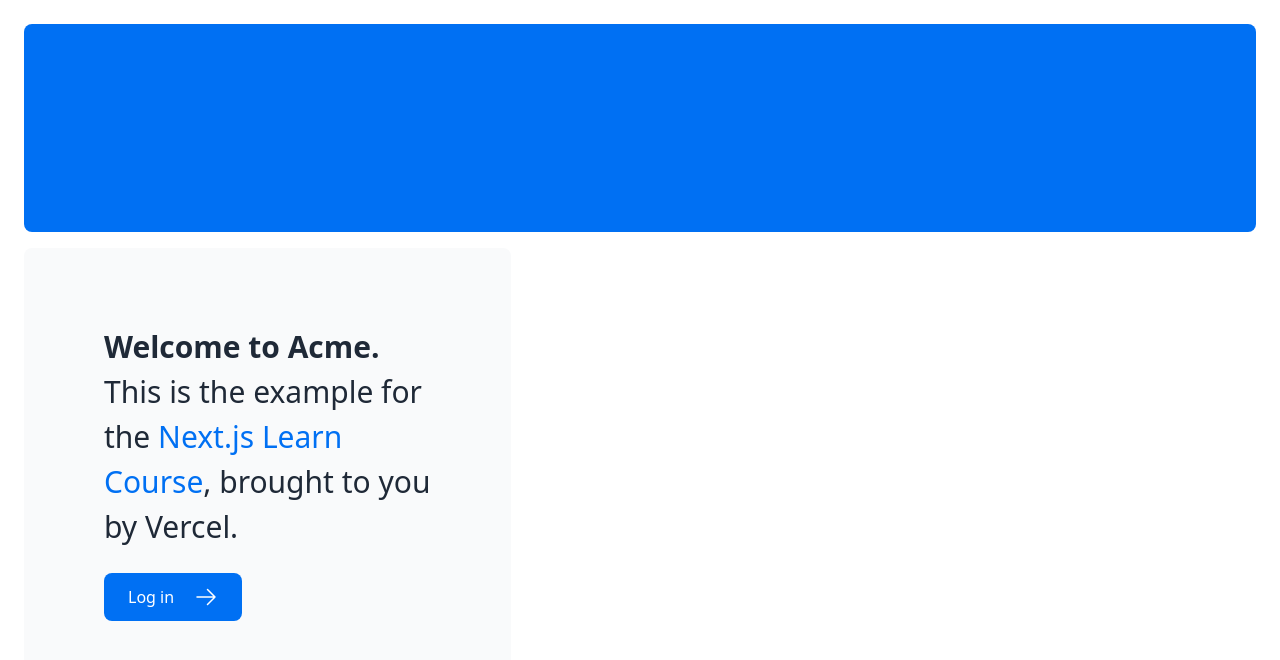
Repository: lokinell/nextjs-dashboard
Page: /
These files come from the project's save history. The page is drawn as it stood at one moment and after the next save; the edit follows.
The browser window is 1280 px wide. The pictures show the whole page.
The project was rebuilt for these pictures with package versions that can differ from the ones it lists, and the page was loaded fresh each time. The framework's server and built-in components were replaced by stand-ins that run in the browser. Also part of the build but not shown: next.config.js.

Above is the page before, as saved 2024-03-11 23:34:09.

After the next save:
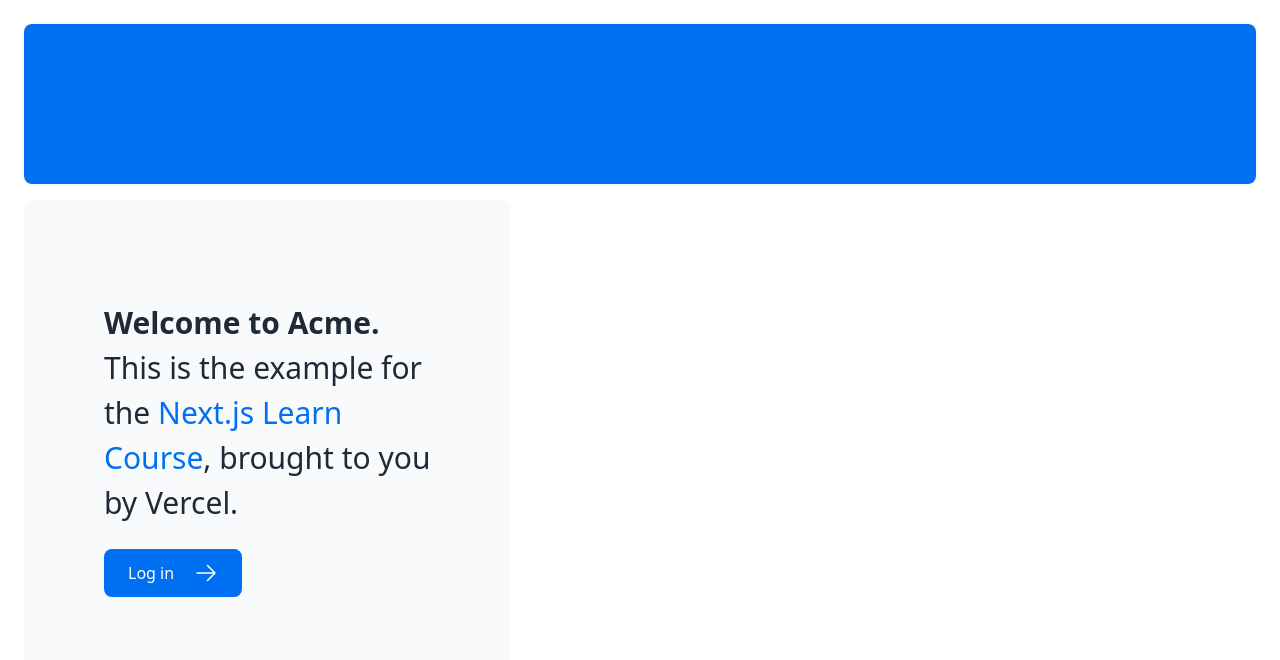
Saved 28 s later.
--- a/app/page.tsx
+++ b/app/page.tsx
@@ -5,7 +5,7 @@
 export default function Page() {
   return (
     <main className="flex min-h-screen flex-col p-6">
-      <div className="flex h-20 shrink-0 items-end rounded-lg bg-blue-500 md:h-52">
+      <div className="flex h-20 shrink-0 items-end rounded-lg bg-blue-500 md:h-40">
         {/* <AcmeLogo /> */}
       </div>
       <div className="mt-4 flex grow flex-col gap-4 md:flex-row">
